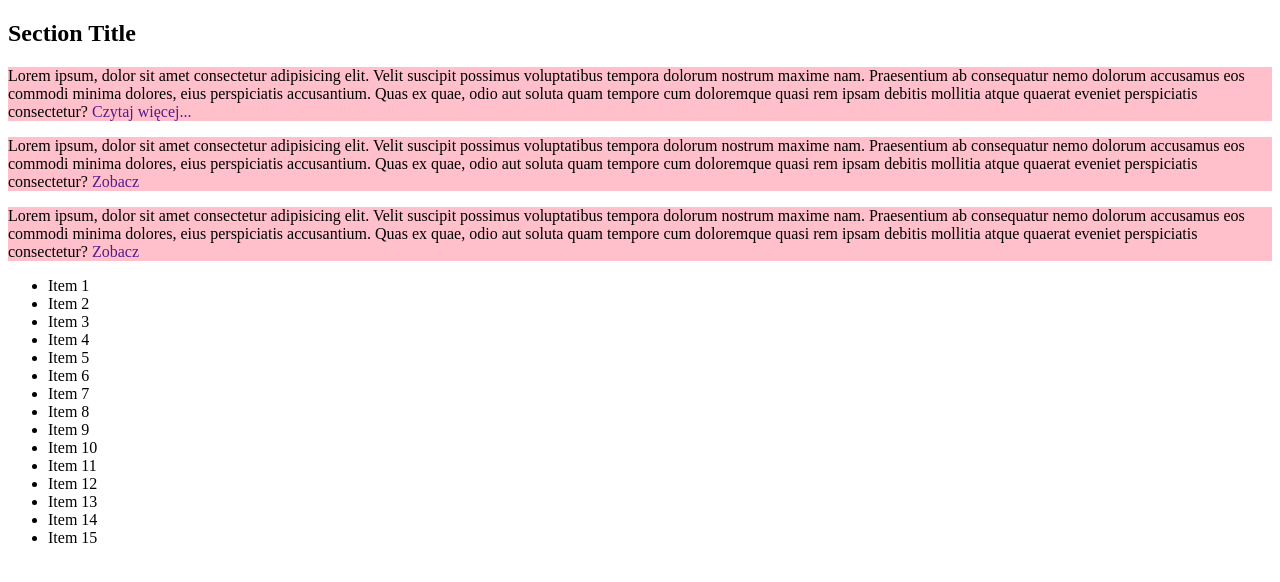
Repository: magdaf41/jQuery
Page: zadanie 3/index.html
These files come from the project's save history. The page is drawn as it stood at one moment and after the next save; the edit follows.
The browser window is 1280 px wide. The pictures show the whole page.

Above is the page before, as saved 2020-09-08 21:46:28.

### zadanie 3/index.html
<!DOCTYPE html>
<html>

<head>
    <meta charset=utf-8 />
    <title>Return first and last name from a form - w3resource</title>
</head>

<body>
    <section id="about">
        <h2>Section Title</h2>
        <p class="content">Lorem ipsum, dolor sit amet consectetur adipisicing
        elit. Velit suscipit possimus voluptatibus tempora dolorum nostrum
        maxime nam. Praesentium ab consequatur nemo dolorum accusamus eos
        commodi minima dolores, eius perspiciatis accusantium. Quas ex quae,
        odio aut soluta quam tempore cum doloremque quasi rem ipsam debitis
        mollitia atque quaerat eveniet perspiciatis consectetur?
        <a href="" title="Read more">Czytaj więcej...</a></p>
        <p class="content">Lorem ipsum, dolor sit amet consectetur adipisicing
        elit. Velit suscipit possimus voluptatibus tempora dolorum nostrum
        maxime nam. Praesentium ab consequatur nemo dolorum accusamus eos
        commodi minima dolores, eius perspiciatis accusantium. Quas ex quae,
        odio aut soluta quam tempore cum doloremque quasi rem ipsam debitis
        mollitia atque quaerat eveniet perspiciatis consectetur?
        <a href="" title="See more">Zobacz</a></p>
        <p class="description">Lorem ipsum, dolor sit amet consectetur adipisicing
        elit. Velit suscipit possimus voluptatibus tempora dolorum nostrum
        maxime nam. Praesentium ab consequatur nemo dolorum accusamus eos
        commodi minima dolores, eius perspiciatis accusantium. Quas ex quae,
        odio aut soluta quam tempore cum doloremque quasi rem ipsam debitis
        mollitia atque quaerat eveniet perspiciatis consectetur?
        <a href="" title="See more">Zobacz</a></p>
        <ul>
             <li class="list-item">Item 1</li>
             <li class="list-item">Item 2</li>
             <li class="list-item">Item 3</li>
             <li class="list-item">Item 4</li>
             <li class="list-item">Item 5</li>
             <li class="list-item">Item 6</li>
             <li class="list-item">Item 7</li>
             <li class="list-item">Item 8</li>
             <li class="list-item">Item 9</li>
             <li class="list-item">Item 10</li>
             <li class="list-item">Item 11</li>
             <li class="list-item">Item 12</li>
             <li class="list-item">Item 13</li>
             <li class="list-item">Item 14</li>
             <li class="list-item">Item 15</li>
        </ul>
   </section>

    <!-- Biblioteka jQuery -->
    <script src="js/jquery-3.5.1.min.js"></script>
    <!--Custom script  -->
    <script src="js/main.js"></script>
</body>

</html>

### zadanie 3/js/main.js
$(document).ready(function () {

   $('p').css('background-color', 'pink');

   $('a').css({
       textDecoration : 'none'
   })
});

Loaded but not shown: zadanie 3/js/jquery-3.5.1.min.js (library)

After the next save:
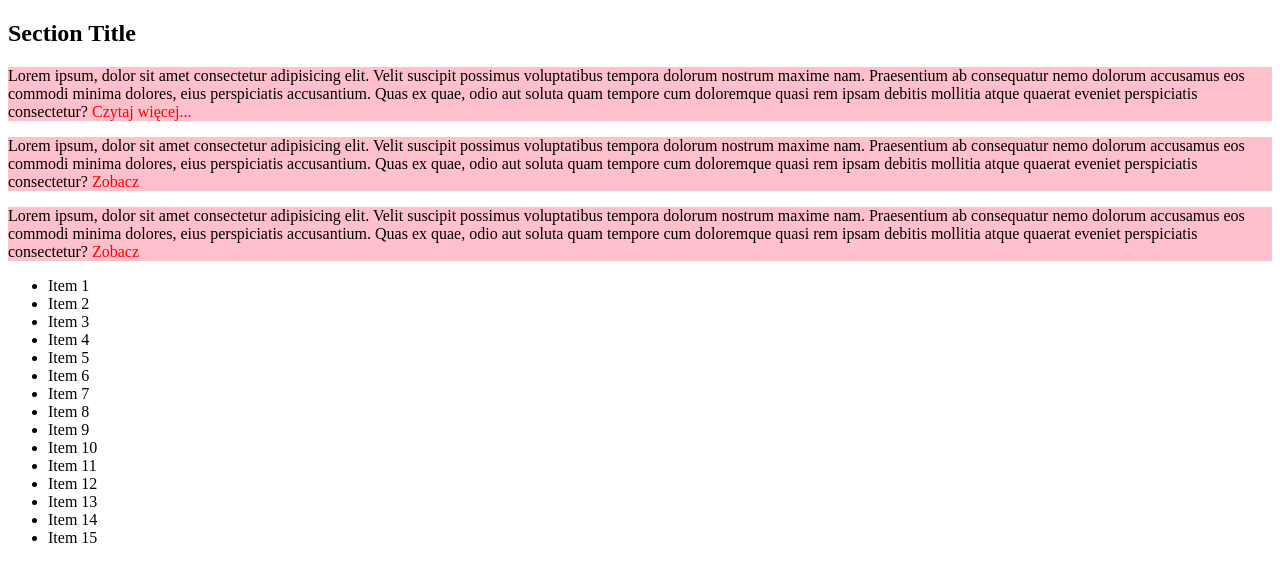
Saved 16 s later.
--- a/zadanie 3/js/main.js
+++ b/zadanie 3/js/main.js
@@ -3,6 +3,7 @@ $(document).ready(function () {
    $('p').css('background-color', 'pink');
 
    $('a').css({
-       textDecoration : 'none'
+       textDecoration : 'none',
+       color: 'red'
    })
 });
